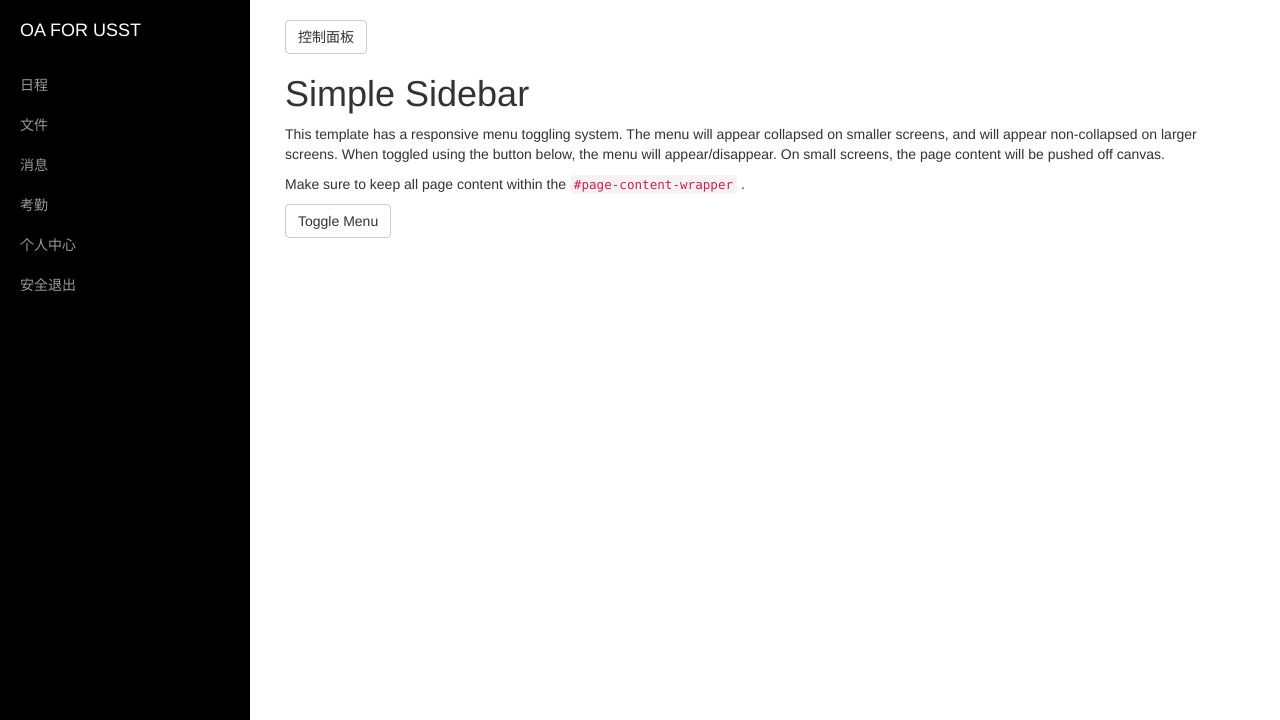
Repository: krzyty/OA_USST
Page: http://localhost/USSTOA/userMain.jsp
An editor plug-in stored every save of this project. The page is shown before and after the next save, followed by the edit.
The browser window is 1280 px wide. The pictures show the whole page.
The page is served by Tomcat 9. Other server files are loaded and not shown.

Above is the page before, as saved 2017-07-05 06:04:07.

### 整合好的(不能修改)/OA_USST/USSTOA/WebContent/userMain.jsp
<%@ page language="java" contentType="text/html; charset=UTF-8"
	pageEncoding="UTF-8"%>
<!DOCTYPE html>
<html lang="en">

<head>

<meta charset="utf-8">
<meta http-equiv="X-UA-Compatible" content="IE=edge">
<meta name="viewport" content="width=device-width, initial-scale=1">
<meta name="description" content="">
<meta name="author" content="">

<title>用户主页</title>

<!-- Bootstrap Core CSS -->
<link href="css/bootstrap.min.css" rel="stylesheet">

<!-- Custom CSS -->
<link href="css/simple-sidebar.css" rel="stylesheet">

</head>

<body>

	<div id="wrapper">

		<!-- Sidebar -->
		<div id="sidebar-wrapper">
			<ul class="sidebar-nav">
				<li class="sidebar-brand"><a href="#"> OA FOR USST </a></li>
				<li><a href="http://www.raychien.site">日程</a></li>
				<li><a href="#">文件</a></li>
				<li><a href="#">消息</a></li>
				<li><a href="#">考勤</a></li>
				<li><a href="#">个人中心</a></li>
				<li><a href="logout">安全退出</a></li>
			</ul>
		</div>
		<!-- /#sidebar-wrapper -->

		<!-- Page Content -->
		<div id="page-content-wrapper">
			<div class="container-fluid">
				<div class="row">
					<div class="col-lg-12">
						<a href="#menu-toggle" class="btn btn-default" id="menu-toggle">控制面板</a>
						<h1>Simple Sidebar</h1>
						<p>This template has a responsive menu toggling system. The
							menu will appear collapsed on smaller screens, and will appear
							non-collapsed on larger screens. When toggled using the button
							below, the menu will appear/disappear. On small screens, the page
							content will be pushed off canvas.</p>
						<p>
							Make sure to keep all page content within the
							<code>#page-content-wrapper</code>
							.
						</p>
						<a href="#menu-toggle" class="btn btn-default" id="menu-toggle">Toggle
							Menu</a>
					</div>
				</div>
			</div>
		</div>
		<!-- /#page-content-wrapper -->

	</div>
	<!-- /#wrapper -->

	<!-- jQuery -->
	<script src="js/jquery.js"></script>

	<!-- Bootstrap Core JavaScript -->
	<script src="js/bootstrap.min.js"></script>

	<!-- Menu Toggle Script -->
	<script>
		$("#menu-toggle").click(function(e) {
			e.preventDefault();
			$("#wrapper").toggleClass("toggled");
		});
	</script>

</body>

</html>

### 整合好的(不能修改)/OA_USST/USSTOA/WebContent/css/simple-sidebar.css
/*!
 * Start Bootstrap - Simple Sidebar HTML Template (http://startbootstrap.com)
 * Code licensed under the Apache License v2.0.
 * For details, see http://www.apache.org/licenses/LICENSE-2.0.
 */

/* Toggle Styles */

#wrapper {
    padding-left: 0;
    -webkit-transition: all 0.5s ease;
    -moz-transition: all 0.5s ease;
    -o-transition: all 0.5s ease;
    transition: all 0.5s ease;
}

#wrapper.toggled {
    padding-left: 250px;
}

#sidebar-wrapper {
    z-index: 1000;
    position: fixed;
    left: 250px;
    width: 0;
    height: 100%;
    margin-left: -250px;
    overflow-y: auto;
    background: #000;
    -webkit-transition: all 0.5s ease;
    -moz-transition: all 0.5s ease;
    -o-transition: all 0.5s ease;
    transition: all 0.5s ease;
}

#wrapper.toggled #sidebar-wrapper {
    width: 250px;
}

#page-content-wrapper {
    width: 100%;
    position: absolute;
    padding: 15px;
}

#wrapper.toggled #page-content-wrapper {
    position: absolute;
    margin-right: -250px;
}

/* Sidebar Styles */

.sidebar-nav {
    position: absolute;
    top: 0;
    width: 250px;
    margin: 0;
    padding: 0;
    list-style: none;
}

.sidebar-nav li {
    text-indent: 20px;
    line-height: 40px;
}

.sidebar-nav li a {
    display: block;
    text-decoration: none;
    color: #999999;
}

.sidebar-nav li a:hover {
    text-decoration: none;
    color: #fff;
    background: rgba(255,255,255,0.2);
}

.sidebar-nav li a:active,
.sidebar-nav li a:focus {
    text-decoration: none;
}

.sidebar-nav > .sidebar-brand {
    height: 65px;
    font-size: 18px;
    line-height: 60px;
}

.sidebar-nav > .sidebar-brand a {
    color: #999999;
}

.sidebar-nav > .sidebar-brand a:hover {
    color: #fff;
    background: none;
}

@media(min-width:768px) {
    #wrapper {
        padding-left: 250px;
    }

    #wrapper.toggled {
        padding-left: 0;
    }

    #sidebar-wrapper {
        width: 250px;
    }

    #wrapper.toggled #sidebar-wrapper {
        width: 0;
    }

    #page-content-wrapper {
        padding: 20px;
        position: relative;
    }

    #wrapper.toggled #page-content-wrapper {
        position: relative;
        margin-right: 0;
    }
}

Loaded but not shown: 整合好的(不能修改)/OA_USST/USSTOA/WebContent/css/bootstrap.min.css (library); 整合好的(不能修改)/OA_USST/USSTOA/WebContent/js/jquery.js (library); 整合好的(不能修改)/OA_USST/USSTOA/WebContent/js/bootstrap.min.js (library)

After the next save:
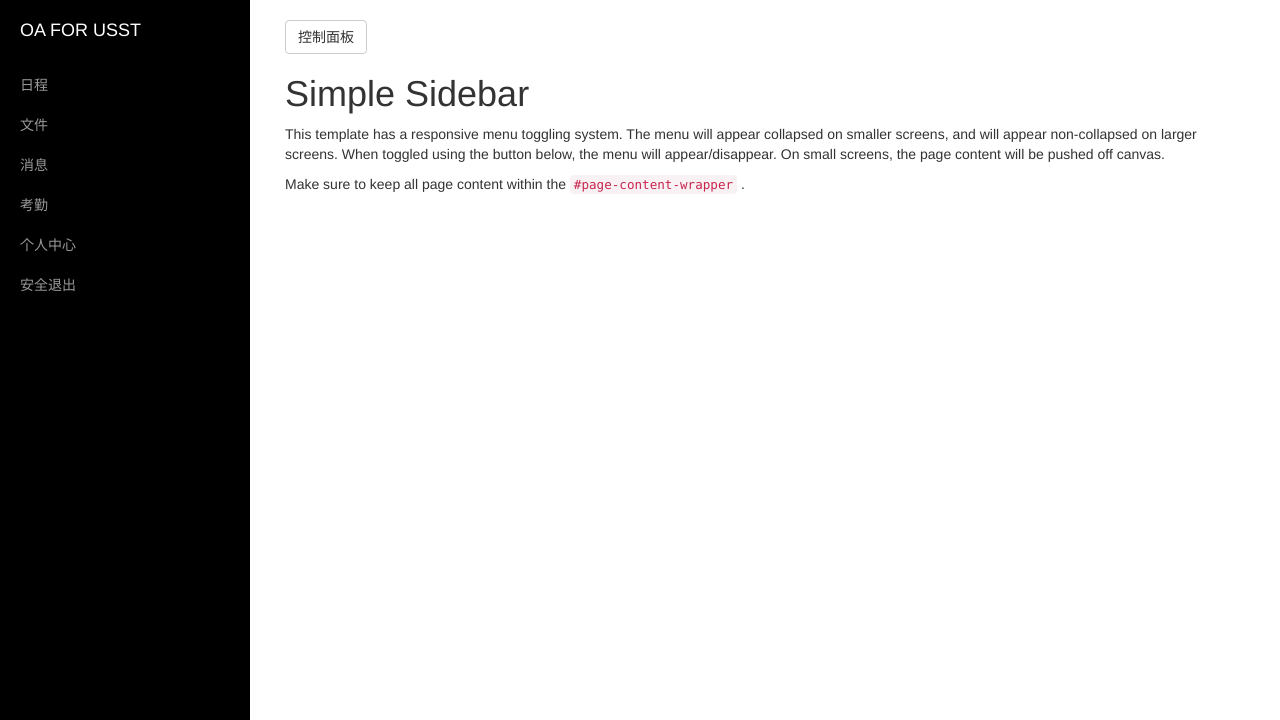
Saved 91 s later.
--- a/整合好的(不能修改)/OA_USST/USSTOA/WebContent/userMain.jsp
+++ b/整合好的(不能修改)/OA_USST/USSTOA/WebContent/userMain.jsp
@@ -56,8 +56,6 @@
 							<code>#page-content-wrapper</code>
 							.
 						</p>
-						<a href="#menu-toggle" class="btn btn-default" id="menu-toggle">Toggle
-							Menu</a>
 					</div>
 				</div>
 			</div>
